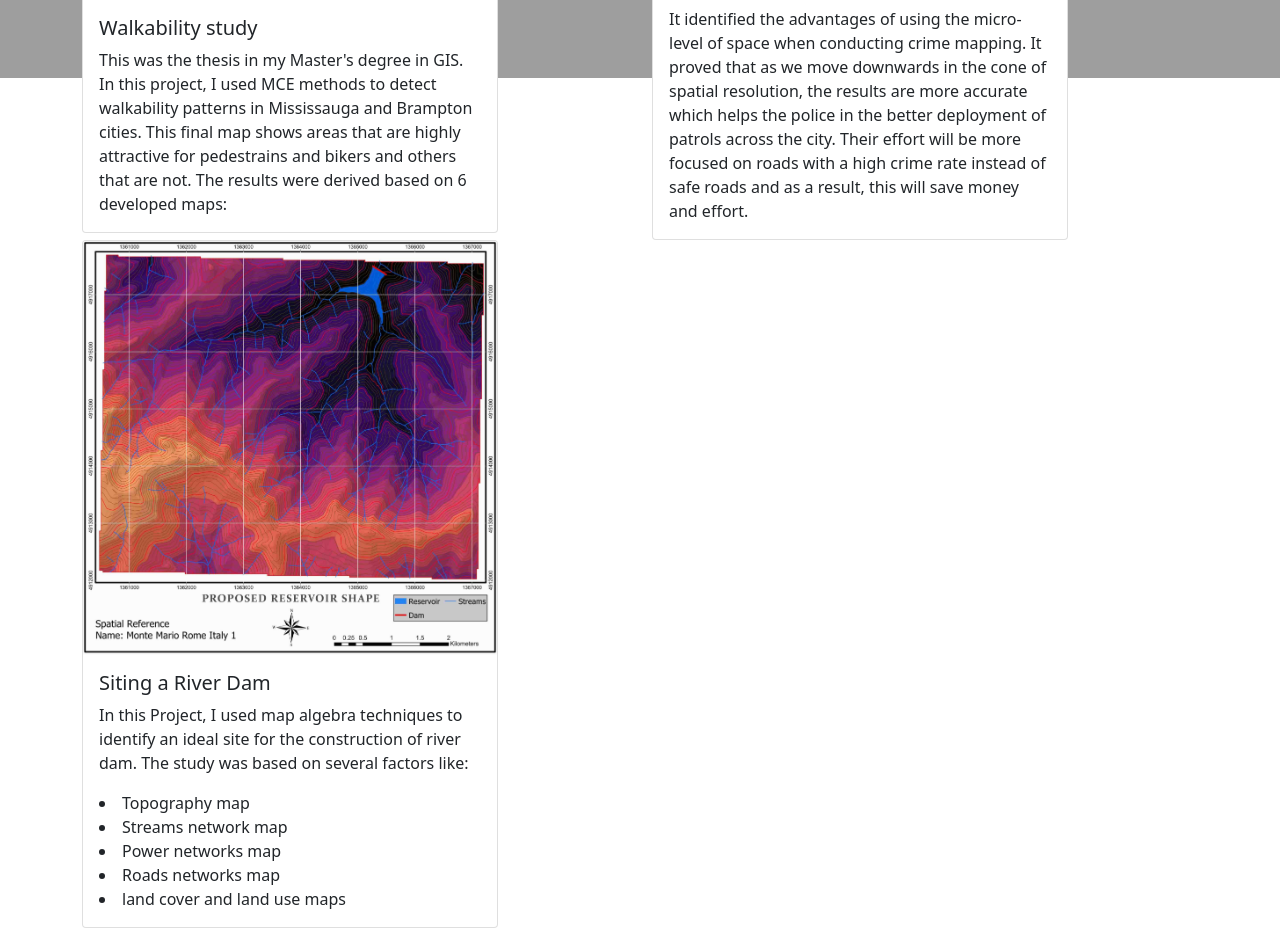
Repository: Mostafa-Asaad/Portfolio-Authentication
Page: http://localhost/projects
The author's editor kept a copy of each file at every save. The page is drawn from the files as they stood at one save, then again after the next save.
The browser window is 1280 px wide. The pictures show the part of the page from y = 724 to 1676 px (the page is 1652 px tall before and 1676 px after).
Pictures or frames that could not be fetched are drawn as grey boxes. The page is served by the project's Node server (index.js).

Above is the page before, as saved 2021-06-18 04:36:18.

After the next save:
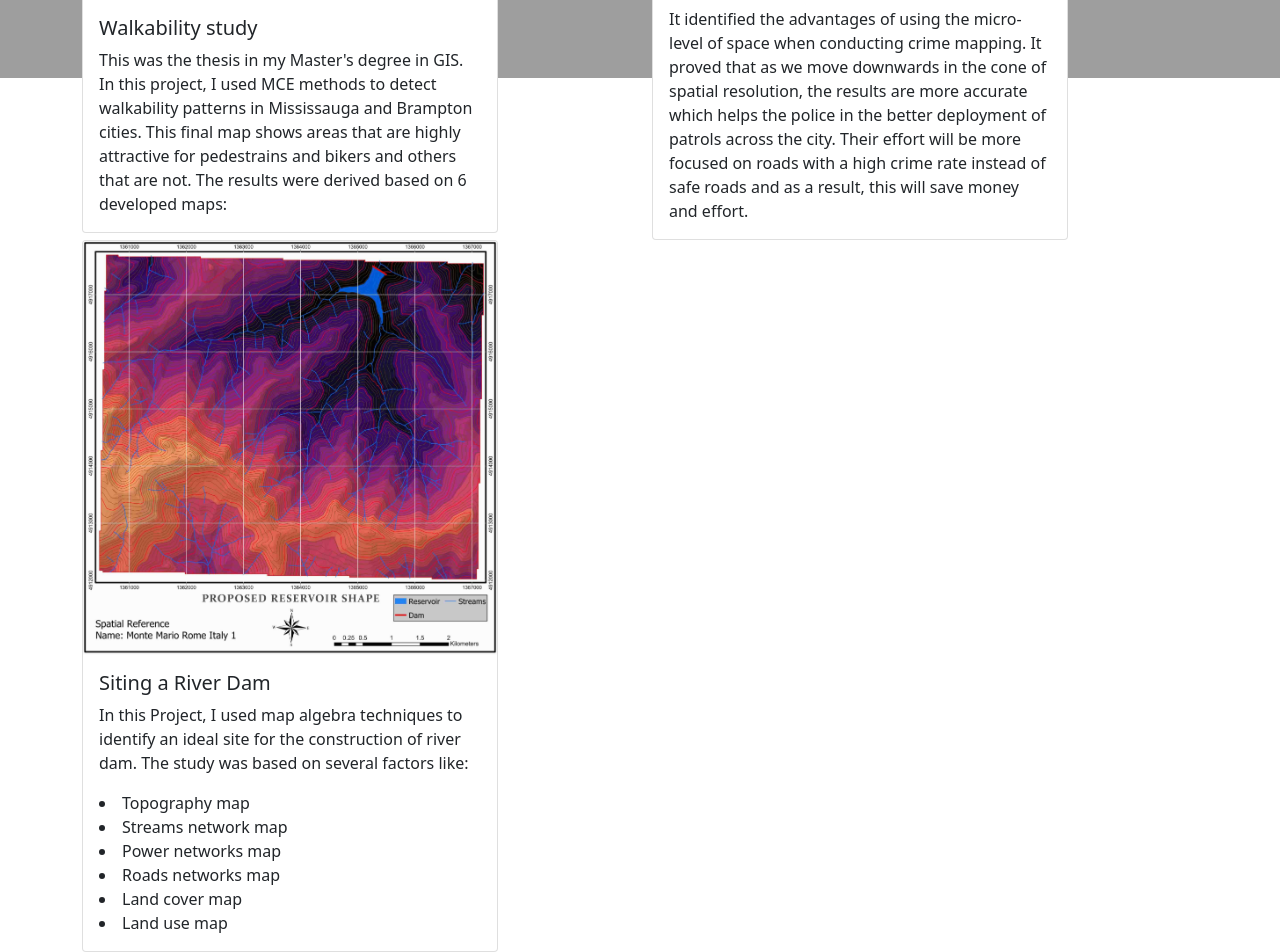
Saved 27 s later.
--- a/Server/Views/content/projects.ejs
+++ b/Server/Views/content/projects.ejs
@@ -61,7 +61,8 @@
                                     <li>Streams network map</li>
                                     <li>Power networks map</li>
                                     <li>Roads networks map</li>
-                                    <li>land cover and land use maps</li>
+                                    <li>Land cover map</li>
+                                    <li>Land use map</li>
 
                                 </div>
                             </div>
